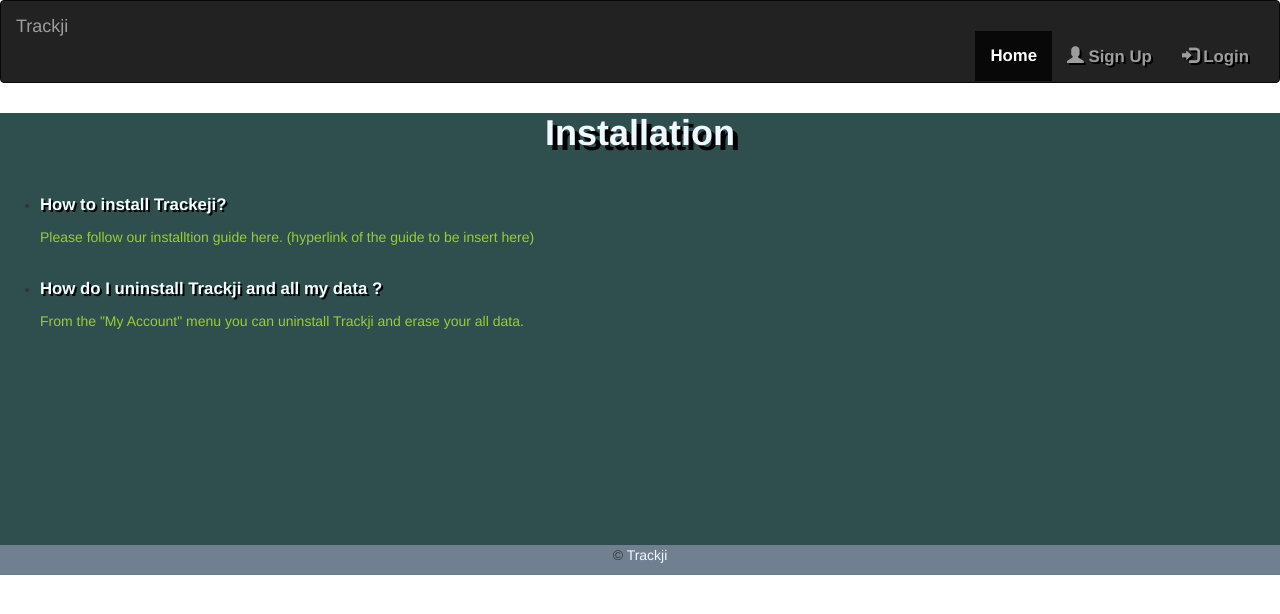
Repository: prathmeshgodbole/Web_Development
Page: Mobile_tracker/Installation.html
An editor plug-in stored every save of this project. The page is shown before and after the next save, followed by the edit.
The browser window is 1280 px wide. The pictures show the whole page.

Above is the page before, as saved 2020-03-08 18:34:24.

After the next save:
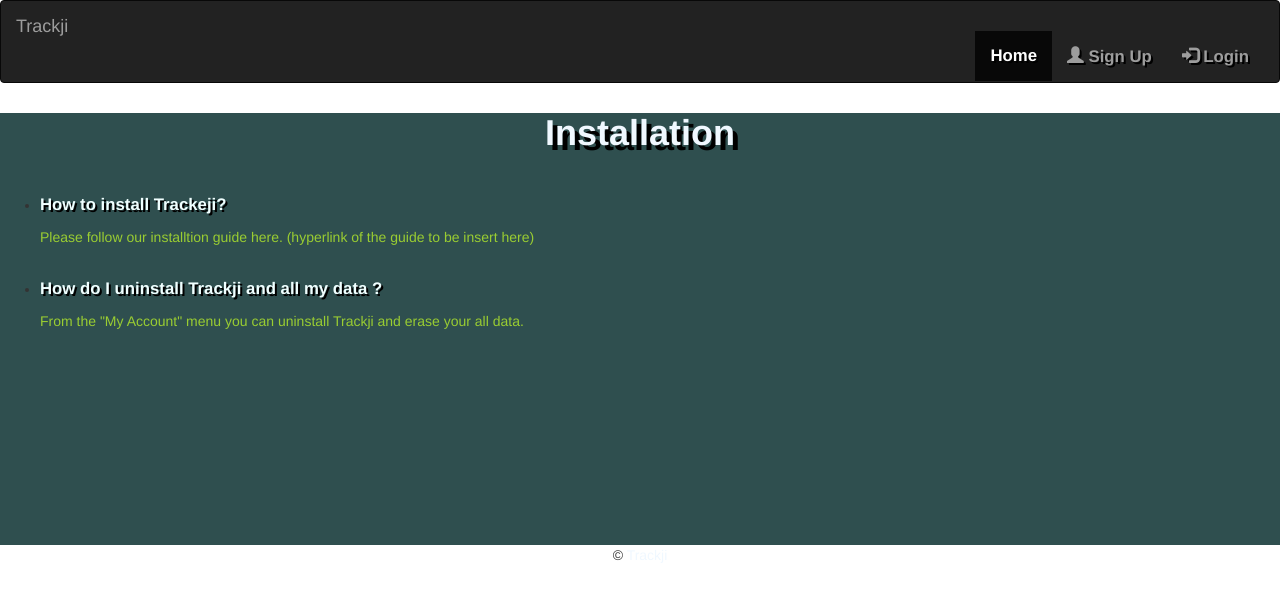
Saved 98 s later.
--- a/Mobile_tracker/css/installation.css
+++ b/Mobile_tracker/css/installation.css
@@ -37,8 +37,7 @@ ul li p {
 }
 
 .footer {
-    background-color: slategray;
-    width: 100%;
+    background-color: #222 width: 100%;
     height: 30px;
     text-align: center;
 }
